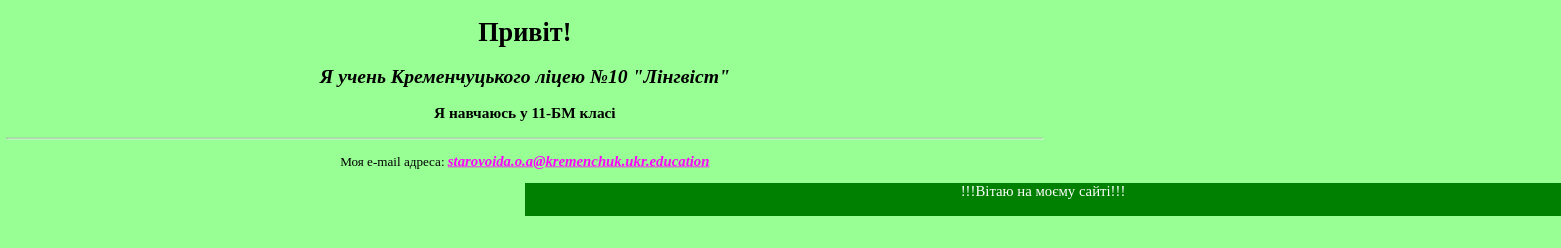
Repository: alexandrastarovoyda-star/homework_info
Page: pr3/html/pr3.html
The author's editor kept a copy of each file at every save. The page is drawn from the files as they stood at one save, then again after the next save.
The browser window is 1280 px wide. The page is 1904 px wide, so the pictures cover 1904 px, including what lies to the right of the window. The pictures show the whole page, at 82% of full size.

Above is the page before, as saved 2026-01-28 12:08:13.

After the next save:
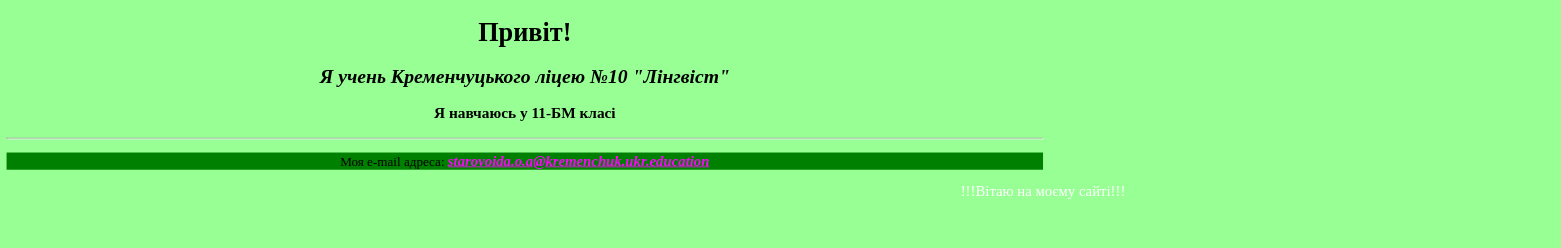
Saved 32 s later.
--- a/pr3/css/main.css
+++ b/pr3/css/main.css
@@ -18,7 +18,7 @@
     font-size: 18px;
 }
 
-div{
+p{
     background-color: green;
 }
 .marquee {
